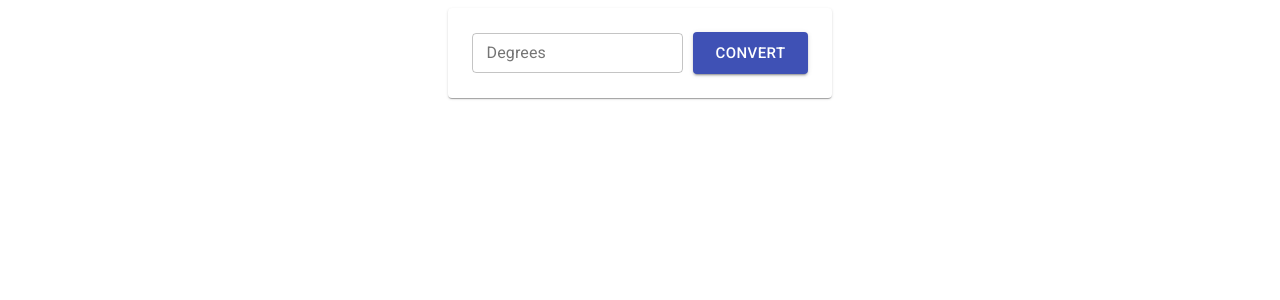
Repository: zum281/temperature-converter
Page: /
These files come from the project's save history. The page is drawn as it stood at one moment and after a run of saves; the edit follows.
The browser window is 1280 px wide. The pictures show the whole page.
The project was rebuilt for these pictures with package versions that can differ from the ones it lists, and the page was loaded fresh each time. Also part of the build but not shown: src/index.css.

Above is the page before, as saved 2021-07-09 13:38:52.

### public/index.html
<!DOCTYPE html>
<html lang="en">

  <head>
    <meta charset="utf-8" />
    <link rel="icon" href="%PUBLIC_URL%/favicon.ico" />
    <meta name="viewport" content="width=device-width, initial-scale=1" />
    <meta name="theme-color" content="#000000" />
    <meta name="description" content="Web site created using create-react-app" />
    <link rel="apple-touch-icon" href="%PUBLIC_URL%/logo192.png" />
    <!--
      manifest.json provides metadata used when your web app is installed on a
      user's mobile device or desktop. See https://developers.google.com/web/fundamentals/web-app-manifest/
    -->
    <link rel="manifest" href="%PUBLIC_URL%/manifest.json" />
    <!--
      Notice the use of %PUBLIC_URL% in the tags above.
      It will be replaced with the URL of the `public` folder during the build.
      Only files inside the `public` folder can be referenced from the HTML.

      Unlike "/favicon.ico" or "favicon.ico", "%PUBLIC_URL%/favicon.ico" will
      work correctly both with client-side routing and a non-root public URL.
      Learn how to configure a non-root public URL by running `npm run build`.
    -->
    <link rel="stylesheet" href="https://fonts.googleapis.com/css?family=Roboto:300,400,500,700&display=swap" />
    <title>Temperature Converter</title>
  </head>

  <body>
    <noscript>You need to enable JavaScript to run this app.</noscript>
    <div id="root"></div>
    <!--
      This HTML file is a template.
      If you open it directly in the browser, you will see an empty page.

      You can add webfonts, meta tags, or analytics to this file.
      The build step will place the bundled scripts into the <body> tag.

      To begin the development, run `npm start` or `yarn start`.
      To create a production bundle, use `npm run build` or `yarn build`.
    -->
  </body>

</html>

### src/App.js
import { makeStyles } from "@material-ui/core/styles";
import { Paper, Button, TextField } from "@material-ui/core";

const useStyles = makeStyles((theme) => {
    return {
        root: {
            display: "flex",
            alignItems: "center",
            justifyContent: "center",
        },
        paper: {
            padding: theme.spacing(3),
            maxWidth: "600px",
        },
        form: {
            display: "flex",
            alignItems: "center",
            justifyContent: "center",
            gap: "10px",
        },
    };
});

function App() {
    const classes = useStyles();
    return (
        <div className={classes.root}>
            <Paper className={classes.paper}>
                <form noValidate autoComplete="off" className={classes.form}>
                    <TextField
                        type="number"
                        size="small"
                        variant="outlined"
                        label="Degrees"
                    />

                    <Button variant="contained" color="primary" size="large">
                        convert
                    </Button>
                </form>
            </Paper>
        </div>
    );
}

export default App;

Loaded but not shown: src/index.js (common file); src/index.css (no copy from this time; the picture is the same without it)

After the next 2 saves:
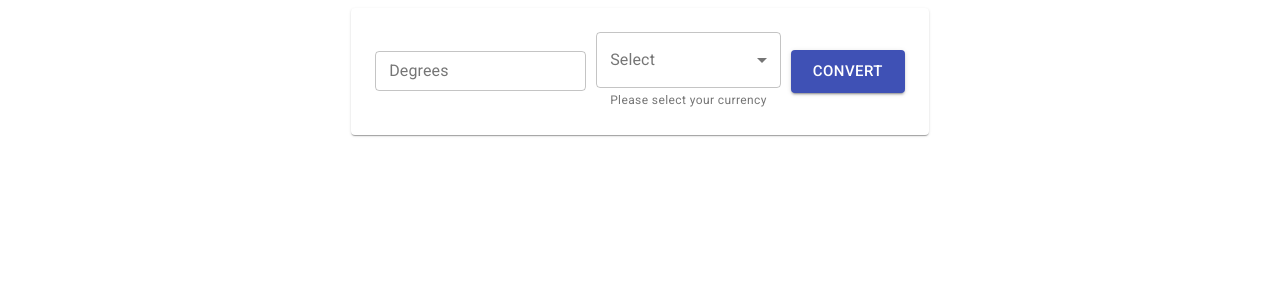
The 2 saves are shown as one change because they came seconds apart.
The last was saved 62 s later.
--- a/src/App.js
+++ b/src/App.js
@@ -34,6 +34,22 @@ function App() {
                         label="Degrees"
                     />
 
+                    <TextField
+                        id="outlined-select-currency"
+                        select
+                        label="Select"
+                        // value={}
+                        // onChange={}
+                        helperText="Please select your currency"
+                        variant="outlined"
+                    >
+                        {/* {currencies.map((option) => (
+            <MenuItem key={option.value} value={option.value}>
+              {option.label}
+            </MenuItem>
+          ))} */}
+                    </TextField>
+
                     <Button variant="contained" color="primary" size="large">
                         convert
                     </Button>
